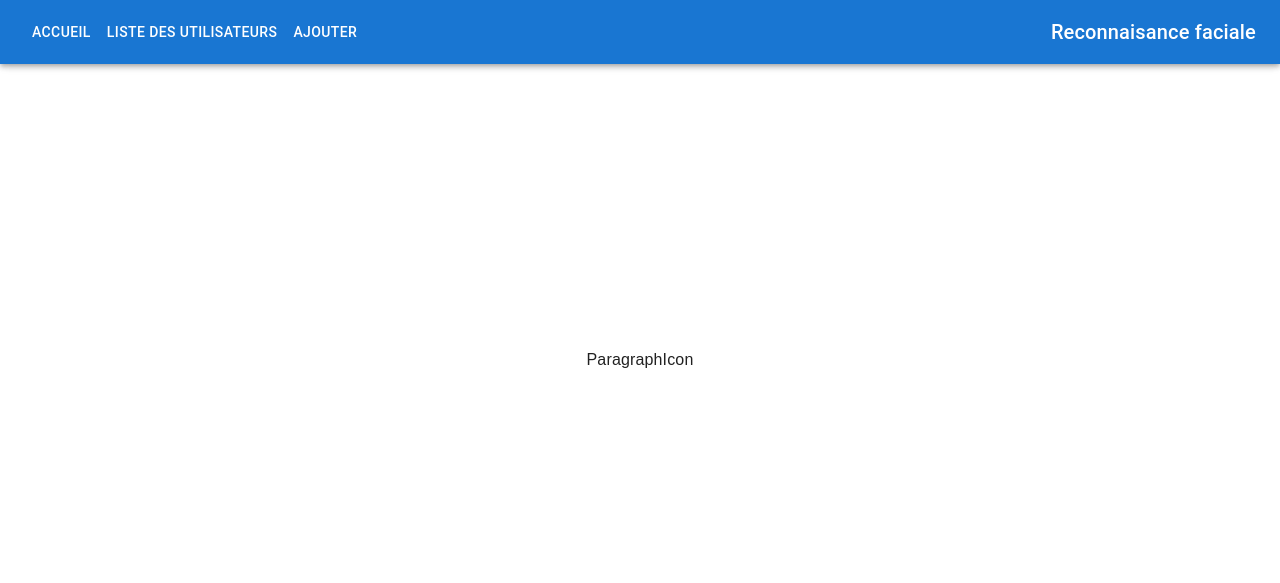
Repository: azizdeghais/Face-recognition-Platform
Page: / (app in front-end/)
An editor plug-in stored every save of this project. The page is shown before and after the next save, followed by the edit.
The browser window is 1280 px wide. The pictures show the whole page.
The project was rebuilt for these pictures with package versions that can differ from the ones it lists, and the page was loaded fresh each time. Also part of the build but not shown: front-end/vite.config.js, front-end/src/Home/Home.css, front-end/src/Ajouter/Ajouter.jsx, front-end/src/Liste/Liste.jsx, front-end/src/Modifier/Modifier.jsx, front-end/src/RequireAuth/RequireAuth.jsx, front-end/src/Login/Login.jsx.

Above is the page before, as saved 2023-06-02 19:58:19.

After the next save:
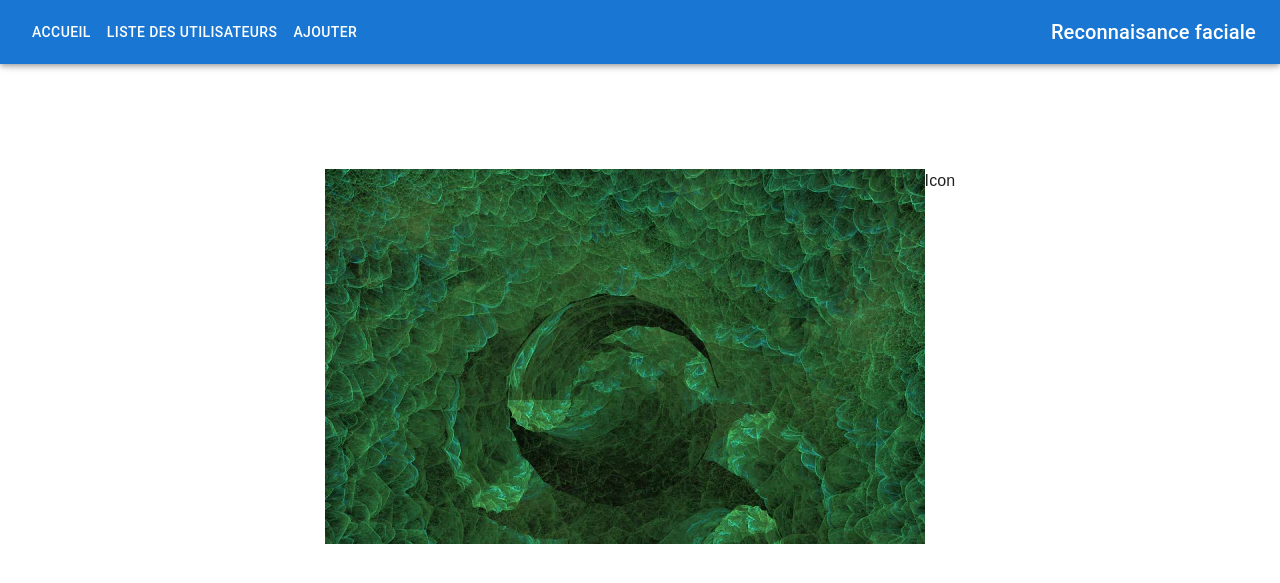
Saved 49 s later.
--- a/front-end/src/Home/Home.jsx
+++ b/front-end/src/Home/Home.jsx
@@ -9,7 +9,7 @@ function Home() {
 
     <Grid container>
   <Grid item xs={9}>
-    Paragraph
+    <img src={'../../public/home3.jpg'}/>
   </Grid>
   <Grid item xs={4}>
     Icon
